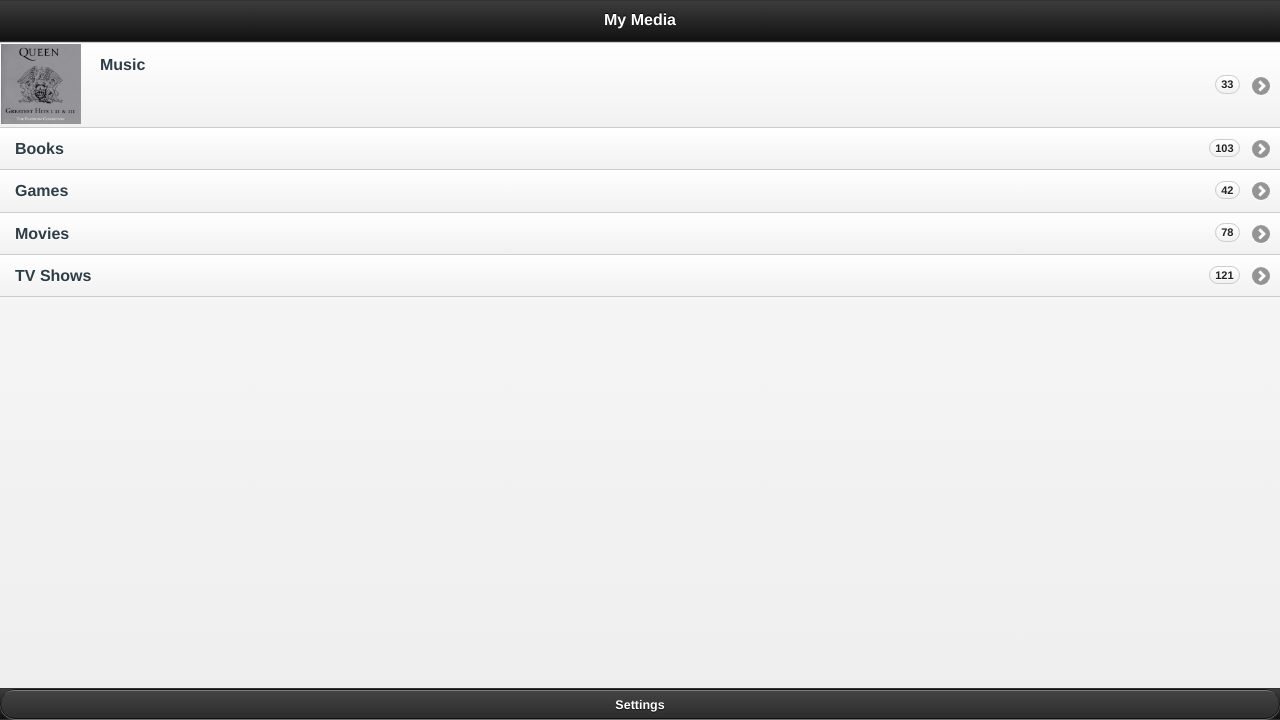
Repository: shavo0915/MediaCollectionApp
Page: MediaCollectionApp/assets/www/index.html
The author's editor kept a copy of each file at every save. The page is drawn from the files as they stood at one save, then again after the next save.
The browser window is 1280 px wide. The pictures show the whole page.

Above is the page before, as saved 2013-01-30 23:41:31.

### MediaCollectionApp/assets/www/index.html
<!DOCTYPE html>
<html>
<head>
	<title>Media Collection App</title>
	<meta name="viewport" content="width=device-width, initial-scale=1">
	<link rel="stylesheet" href="jquery.mobile-1.2.0/jquery.mobile-1.2.0.css" />
	<script src="jQuery/jquery-1.8.2.js"></script>
	<script src="jquery.mobile-1.2.0/jquery.mobile-1.2.0.js"></script>
</head>
<body>

	<div data-role="page" id="myMedia">

		<div data-role="header">
			<h1>My Media</h1>
		</div><!-- /header -->

		<ul data-role="listview">
			<li>
				<a href="">
					<img src="img\Queen.jpg">
					Music
					<span class="ui-li-count">33</span>
				</a>
			</li>
			<li>
				<a href="">
					Books
					<span class="ui-li-count">103</span>
				</a>
			</li>
			<li>
				<a href="">
					Games
					<span class="ui-li-count">42</span>
				</a>
			</li>
			<li>
				<a href="">
					Movies
					<span class="ui-li-count">78</span>
				</a>
			</li>
			<li>
				<a href="">
					TV Shows
					<span class="ui-li-count">121</span>
				</a>
			</li>

			<div data-role="footer" data-position="fixed">
				<a href="" data-role="button" data-theme="a" data-inline="false">Settings</a>
			</div>

		</ul>

	</div><!-- /page -->

</body>
</html>

Loaded but not shown: MediaCollectionApp/assets/www/jquery.mobile-1.2.0/jquery.mobile-1.2.0.css (library); MediaCollectionApp/assets/www/jQuery/jquery-1.8.2.js (library); MediaCollectionApp/assets/www/jquery.mobile-1.2.0/jquery.mobile-1.2.0.js (library)

After the next save:
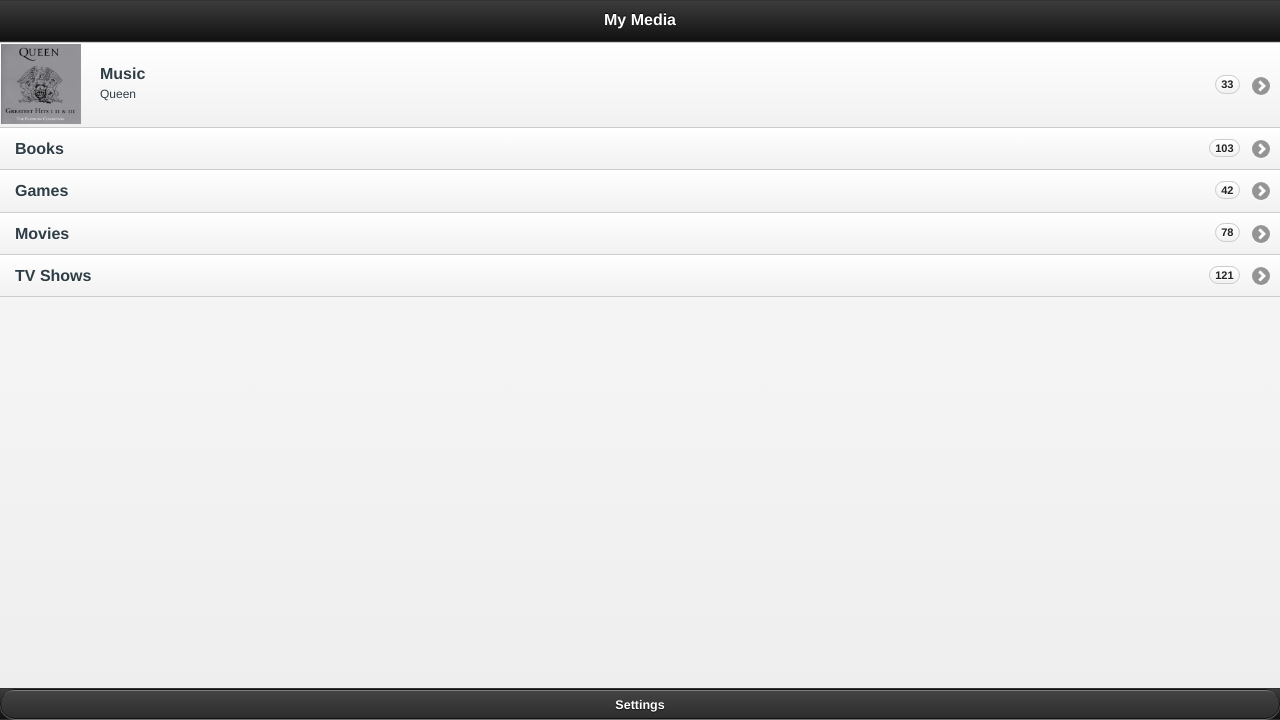
Saved 84 s later.
--- a/MediaCollectionApp/assets/www/index.html
+++ b/MediaCollectionApp/assets/www/index.html
@@ -19,7 +19,8 @@
 			<li>
 				<a href="">
 					<img src="img\Queen.jpg">
-					Music
+					<h3>Music</h3>
+					<p>Queen</p>
 					<span class="ui-li-count">33</span>
 				</a>
 			</li>
